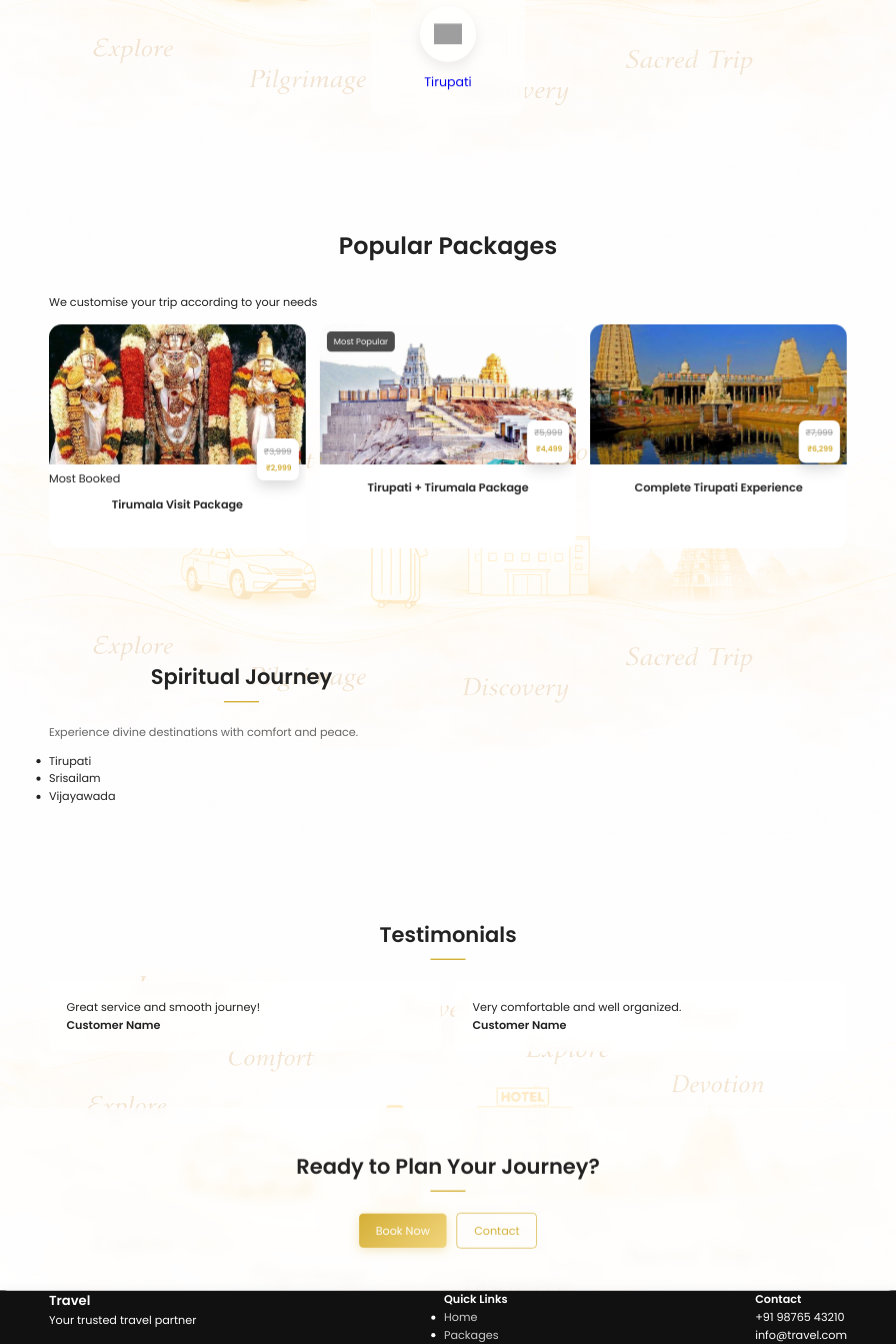
Repository: heytirupati/Bookingweb
Page: index.html
These files come from the project's save history. The page is drawn as it stood at one moment and after a run of saves; the edit follows.
The browser window is 1280 px wide. The pictures show the part of the page from y = 1369 to 3289 px (the page is 3289 px tall before and 3243 px after), at 70% of full size.
Pictures or frames that could not be fetched are drawn as grey boxes. Backgrounds fixed to the window are drawn as part of the page.

Above is the page before, as saved 2026-03-28 12:36:10.

### index.html
<!DOCTYPE html>

<html lang="en">



<head>
    <meta charset="UTF-8">
    <meta name="viewport" content="width=device-width, initial-scale=1.0">
    <title>Travel Website</title>

    <link href="https://fonts.googleapis.com/css2?family=Poppins:wght@300;400;600&display=swap" rel="stylesheet">
    <link rel="stylesheet" href="css/style.css">
</head>
<body>


<!-- this is top bar section  -->
<section class="top-bar">
    <div class="container">

        <div class="top-left">
            <span>+91 123456789</span>
            <span>info@abc.com</span>
        </div>

        <div class="top-right">
            <a href="#" target="_blank">
                <!-- icon -->
            </a>
        </div>

    </div>
</section>



    <!-- this is nav section  -->

    <header class="navbar">
        <div class="container">
            <div class="logo">
                <h2>Travel agency name</h2>
            </div>
            <div class="menu-toggle">
                    ☰
            </div>

            <nav class="nav-menu">
                <ul>
                    <li><a href="#">Location</a></li>
                    <li><a href="#">about us</a></li>
                    <li><a href="#">packages</a></li>
                    <li><a href="#">Contact</a></li>

                </ul>

            </nav>


        </div>

    </header>

    <section class="hero">
        <div class="container">
            <h1>Plan Your Divine Journey</h1>
            <p>Travel • Darshan • Stay — All in One Place</p>
        <div class="hero-btn">
        <a href="#" class="btn btn-primary">Book Now</a>
        <a href="#" class="btn btn-outline">Contact</a>
        </div>
    </div>
</section>

<section class="services">
    <div class="container">

        <div class="section-header">
            <h2 class="services-title">Crafted Travel Services</h2>
            <p class="section-subtext">
                Designed for comfort, reliability and a seamless spiritual journey
            </p>
        </div>

        <div class="service-cards">

            <div class="service-card">
                <div class="service-top-line"></div>
                <h3>Cab Booking</h3>
                <p>Comfortable rides with professional drivers ensuring safe and timely travel.</p>
            </div>

            <div class="service-card">
                <div class="service-top-line"></div>
                <h3>Hotel Booking</h3>
                <p>Well-selected stays near temples with the right balance of comfort and value.</p>
            </div>

            <div class="service-card">
                <div class="service-top-line"></div>
                <h3>Tour Packages</h3>
                <p>Complete travel planning including temple visits, transport and sightseeing.</p>
            </div>

            <div class="service-card">
                <div class="service-top-line"></div>
                <h3>Temple Darshan</h3>
                <p>Structured guidance for a smooth and peaceful darshan experience.</p>
            </div>

        </div>

    </div>
</section>


<!-- this is Location section  -->

<section class="locations">
    <div class="container">

        <div class="section-header">
            <h2 class="locations-title">Our Presence</h2>
            <p class="locations-subtext">
                Currently serving in Tirupati
            </p>
        </div>

        <div class="location-cards">

            <a href="tirupati.html" class="location-card">
                <div class="location-icon">
                    <img src="images/locationlogo.png" alt="Tirupati Location">
                </div>
                <h3>Tirupati</h3>
            </a>

        </div>

    </div>
</section>


<!-- this is popular package section  -->
<section class="packages">
    <div class="container">

        <div class="section-header">
            <h2 class="packages-title">Popular Packages</h2>
        </div>
        <p class="package-subtext">
    We customise your trip according to your needs
</p>

        <div class="package-cards">

            <!-- Tirumala Visit -->
            <div class="package-card">
                <div class="package-inner">

                    <div class="package-front">
                        <div class="package-image">
                            <img src="images/p1.jpg" alt="">
                        <span class="most-booked">Most Booked</span>
                            <div class="price-badge">
                                <span class="old-price">₹3,999</span>
                                <span class="new-price">₹2,999</span>
                            </div>
                        </div>

                        <h3>Tirumala Visit Package</h3>
                    </div>

                    <div class="package-back">
                        <p>Temple visit with local sightseeing.</p>

                        <ul>
                            <li>Free Pickup & Drop</li>
                            <li>5 / 7 Seater Available</li>
                            <li>No Accommodation</li>
                        </ul>

                        <p class="extra-note">
                            * GST & special entry tickets extra
                        </p>

                        <a href="booking.html" class="btn btn-primary">Book Now</a>
                    </div>

                </div>
            </div>

            <!-- Tirupati + Tirumala -->
            <div class="package-card">
                <div class="package-inner">

                    <div class="package-front">
                        <div class="package-image">
                            <img src="images/p2.jpg" alt="">

                            <span class="popular-tag">Most Popular</span>

                            <div class="price-badge">
                                <span class="old-price">₹5,999</span>
                                <span class="new-price">₹4,499</span>
                            </div>
                        </div>

                        <h3>Tirupati + Tirumala Package</h3>
                    </div>

                    <div class="package-back">
                        <p>All temple visits with complete planning.</p>

                        <ul>
                            <li>All Temple Visits</li>
                            <li>Free Pickup & Drop</li>
                            <li>Optional Stay</li>
                        </ul>

                        <p class="extra-note">
                            * Accommodation & GST extra
                        </p>

                        <a href="booking.html" class="btn btn-primary">Book Now</a>
                    </div>

                </div>
            </div>

            <!-- Complete Experience -->
            <div class="package-card">
                <div class="package-inner">

                    <div class="package-front">
                        <div class="package-image">
                            <img src="images/p3.jpg" alt="">

                            <div class="price-badge">
                                <span class="old-price">₹7,999</span>
                                <span class="new-price">₹6,299</span>
                            </div>
                        </div>

                        <h3>Complete Tirupati Experience</h3>
                    </div>

                    <div class="package-back">
                        <p>Full spiritual journey with premium travel.</p>

                        <ul>
                            <li>All Major Temples</li>
                            <li>Premium Travel Option</li>
                            <li>Optional Stay</li>
                        </ul>

                        <p class="extra-note">
                            * Accommodation & GST extra
                        </p>

                        <a href="booking.html" class="btn btn-primary">Book Now</a>
                    </div>

                </div>
            </div>

        </div>

    </div>
</section>
<!-- this is Spirtual Journey section  -->
    <section class="spiritual">
        <div class="container">
            <div class="spiritual-content">
                <h2>Spiritual Journey</h2>
                <p>
                    Experience divine destinations with comfort and peace.
                </p>
                <ul>
                    <li>Tirupati</li>
                    <li>Srisailam</li>
                    <li>Vijayawada</li>
                </ul>

            </div>
            <div class="spiritual-image">
                <!-- Image goes here -->
            </div>
        </div>

    </section>
<!-- 8. Testimonials -->
    <section class="testimonials">
        <div class="container">
            <h2>Testimonials</h2>
            <div class="testimonial-cards">

                <div class="card">
                    <p>Great service and smooth journey!</p>
                    <h4>Customer Name</h4>
                </div>

                <div class="card">
                    <p>Very comfortable and well organized.</p>
                    <h4>Customer Name</h4>
                </div>

            </div>
        </div>
    </section>

    <!-- 9. CTA Section -->
    <section class="cta">
        <div class="container">
            <h2>Ready to Plan Your Journey?</h2>
        <a class="btn btn-primary">Book Now</a>
        <a class="btn btn-outline">Contact</a>
        </div>
    </section>

    <!-- 10. Footer -->
    <footer class="footer">
        <div class="container">

            <div class="footer-col">
                <h3>Travel</h3>
                <p>Your trusted travel partner</p>
            </div>

            <div class="footer-col">
                <h4>Quick Links</h4>
                <ul>
                    <li><a href="#">Home</a></li>
                    <li><a href="#">Packages</a></li>
                </ul>
            </div>

            <div class="footer-col">
                <h4>Contact</h4>
                <p>+91 98765 43210</p>
                <p>info@travel.com</p>
            </div>

        </div>
    </footer>










 <script src="js/script.js"></script>
</body>
</html>

Loaded but not shown: js/script.js (72 lines, source omitted); css/style.css (892 lines, source omitted)

After the next 4 saves:
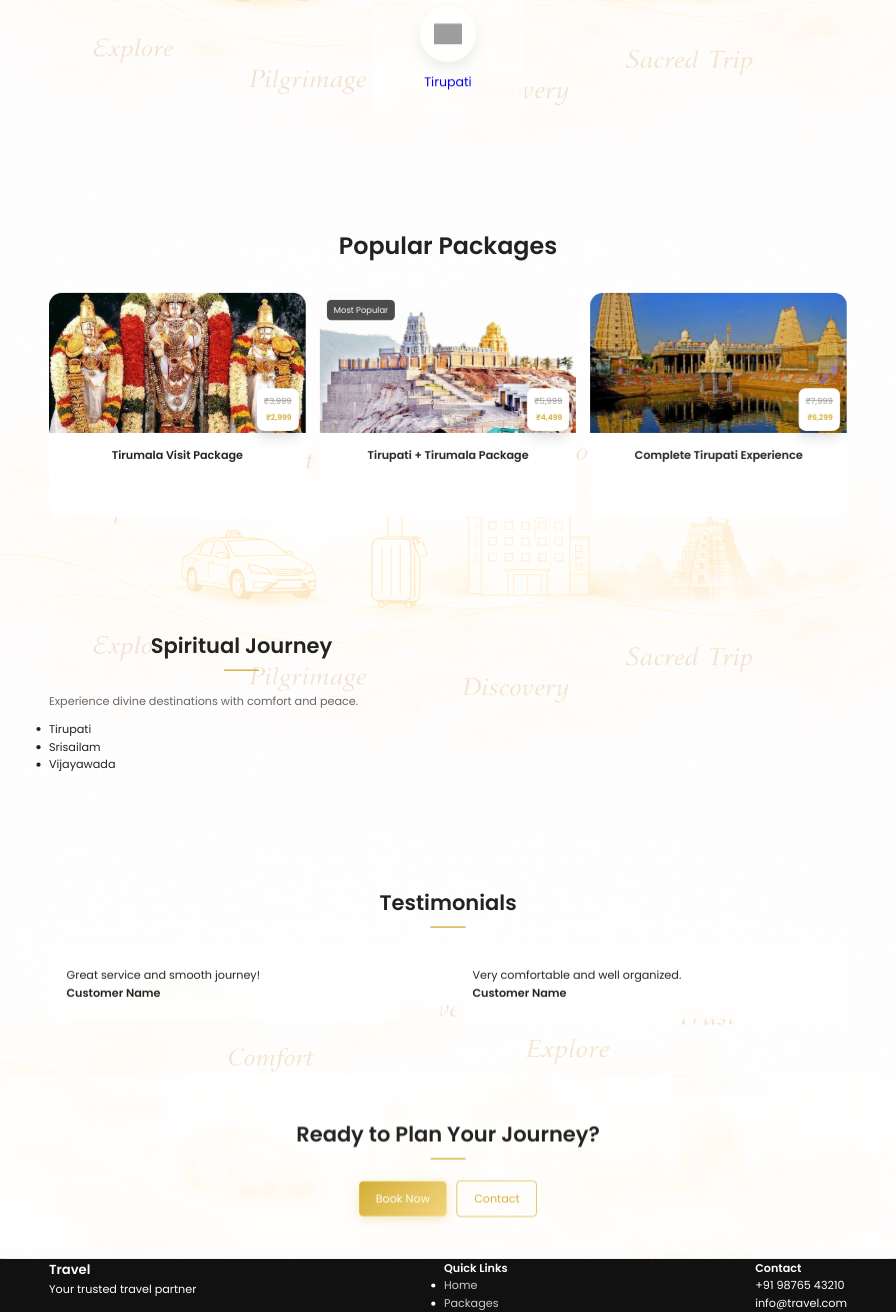
The 4 saves are shown as one change because they came seconds apart.
The last was saved 13 s later.
--- a/index.html
+++ b/index.html
@@ -149,9 +149,7 @@
         <div class="section-header">
             <h2 class="packages-title">Popular Packages</h2>
         </div>
-        <p class="package-subtext">
-    We customise your trip according to your needs
-</p>
+
 
         <div class="package-cards">
 
@@ -162,7 +160,7 @@
                     <div class="package-front">
                         <div class="package-image">
                             <img src="images/p1.jpg" alt="">
-                        <span class="most-booked">Most Booked</span>
+
                             <div class="price-badge">
                                 <span class="old-price">₹3,999</span>
                                 <span class="new-price">₹2,999</span>

After the 2 saves that followed:
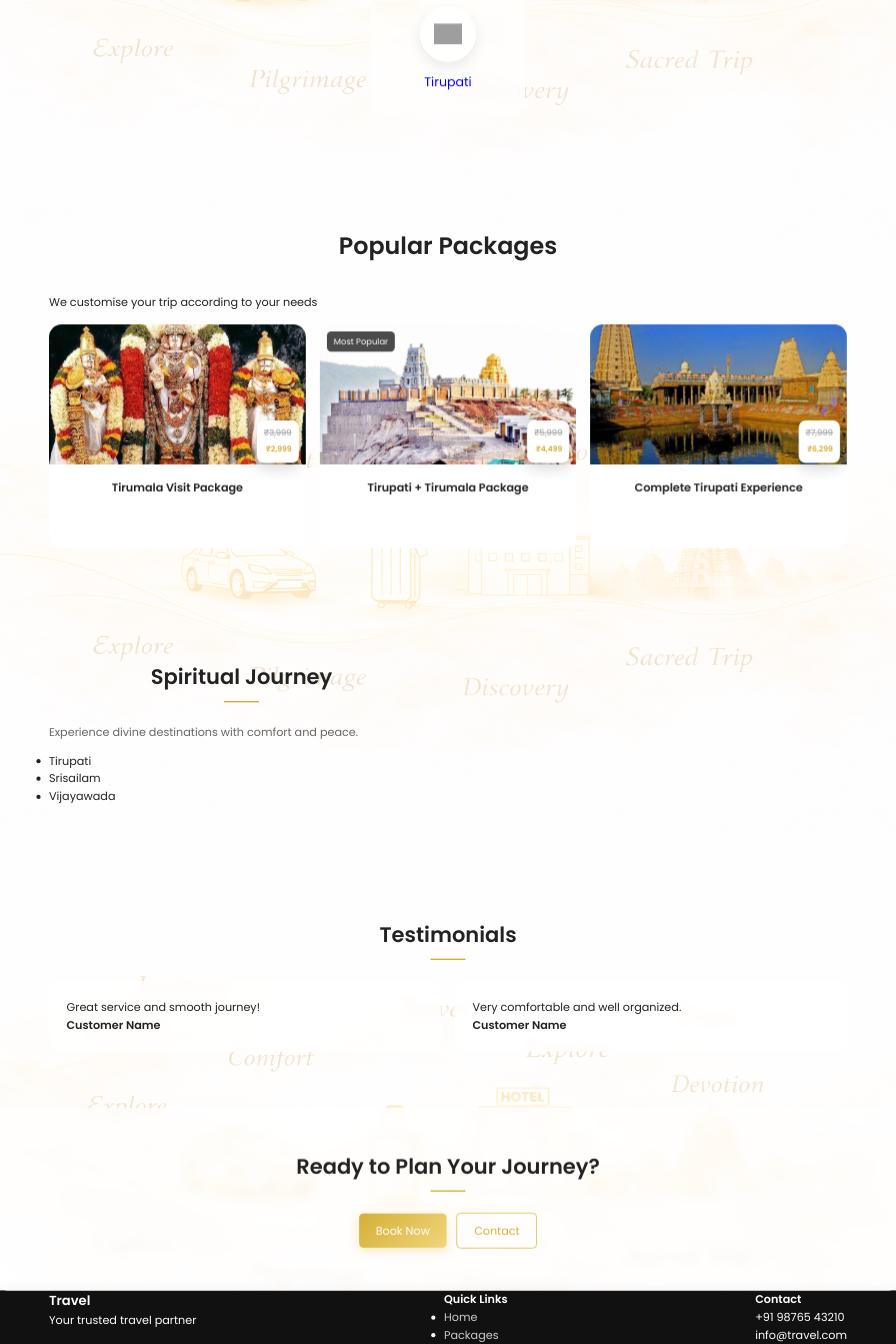
The 2 saves are shown as one change because 1 left the picture as it was.
The last was saved 14 s later.
--- a/index.html
+++ b/index.html
@@ -149,7 +149,9 @@
         <div class="section-header">
             <h2 class="packages-title">Popular Packages</h2>
         </div>
-
+        <p class="package-subtext">
+    We customise your trip according to your needs
+</p>
 
         <div class="package-cards">
 
